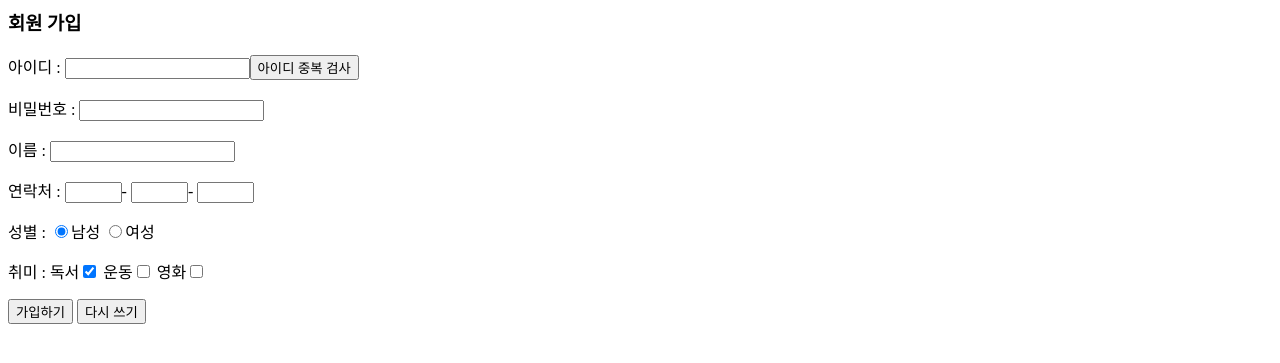
Repository: ramperrit/JSP
Page: http://localhost/JSPBook/Ch06/form01.jsp
The author's editor kept a copy of each file at every save. The page is drawn from the files as they stood at one save, then again after the next save.
The browser window is 1280 px wide. The pictures show the whole page.
The page is served by Tomcat 9. Nobody is signed in. The application's start-up code is not run. Other server files are loaded and not shown.

Above is the page before, as saved 2024-02-22 00:43:27.

### JSPBook/src/main/webapp/Ch06/form01.jsp
<%@ page language="java" contentType="text/html; charset=utf-8"%>
<html>
<head>
<title>Insert title here</title>
</head>
<body>
	<h3>회원 가입</h3>
	<form action="#" name="member" method="post">
		<p>아이디 : <input type="text" name="id"><input type="button" value="아이디 중복 검사">
		<p>비밀번호 : <input type="password" name="passwd">
		<P>이름 : <input type="text" name="name">
		<P>연락처 : <input type="text" maxlength="4" size="4" name="phone1">-
			<input type="text" maxlength="4" size="4" name="phone2">-
			<input type="text" maxlength="4" size="4" name="phone3">
		<P>성별 : <input type="radio" name="sex" value="남성" checked>남성
				<input type="radio" name="sex" value="여성" >여성
		<P>취미 : 독서<input type="checkbox" name="hobby1" checked>
				운동<input type="checkbox" name="hobby2">
				영화<input type="checkbox" name="hobby3">
		<p><input type="submit" value="가입하기">
		   <input type="reset" value="다시 쓰기">
	</form>
</body>
</html>

After the next save:
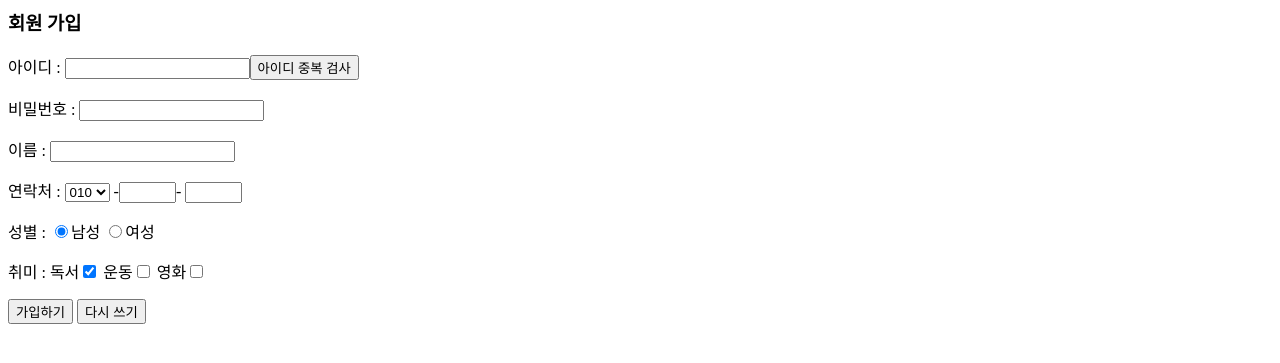
Saved 20 min 15 s later.
--- a/JSPBook/src/main/webapp/Ch06/form01.jsp
+++ b/JSPBook/src/main/webapp/Ch06/form01.jsp
@@ -9,8 +9,14 @@
 		<p>아이디 : <input type="text" name="id"><input type="button" value="아이디 중복 검사">
 		<p>비밀번호 : <input type="password" name="passwd">
 		<P>이름 : <input type="text" name="name">
-		<P>연락처 : <input type="text" maxlength="4" size="4" name="phone1">-
-			<input type="text" maxlength="4" size="4" name="phone2">-
+		<P>연락처 : <select name="phone1">
+					<option value="010">010</option>
+					<option value="011">011</option>
+					<option value="016">016</option>
+					<option value="017">017</option>
+					<option value="019">019</option>
+				 </select>
+			-<input type="text" maxlength="4" size="4" name="phone2">-
 			<input type="text" maxlength="4" size="4" name="phone3">
 		<P>성별 : <input type="radio" name="sex" value="남성" checked>남성
 				<input type="radio" name="sex" value="여성" >여성
